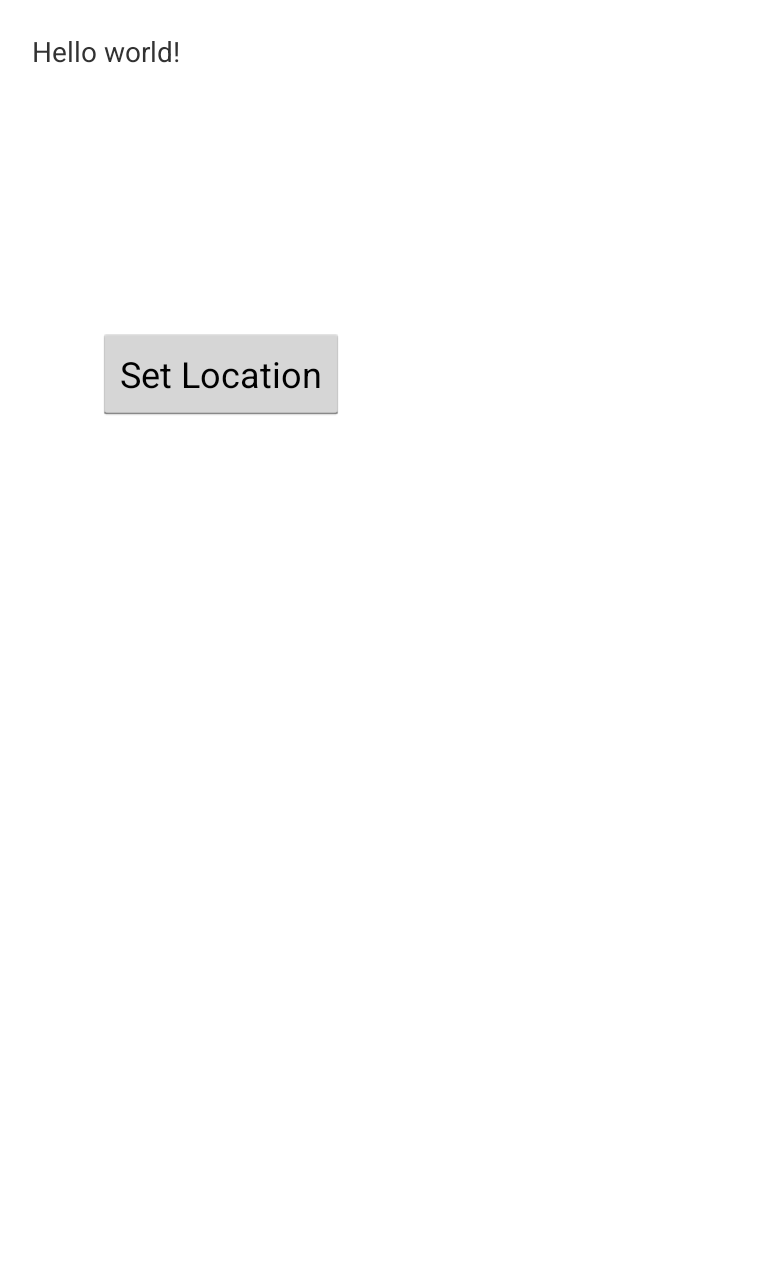
Repository: nigelmc/city-vendors-android
Layout: CityVendor/CityVendor/res/layout/activity_set_location.xml
The author's editor kept a copy of each file at every save. The layout is drawn from the files as they stood at one save, then again after the next save.
It is drawn on a 768 x 1280 px phone screen (xhdpi) without system bars, with theme AppTheme; the app's code is not run.

Above is the layout before, as saved 2013-11-16 17:32:20.

### CityVendor/CityVendor/res/layout/activity_set_location.xml
<RelativeLayout xmlns:android="http://schemas.android.com/apk/res/android"
    xmlns:tools="http://schemas.android.com/tools"
    android:layout_width="match_parent"
    android:layout_height="match_parent"
    android:paddingBottom="@dimen/activity_vertical_margin"
    android:paddingLeft="@dimen/activity_horizontal_margin"
    android:paddingRight="@dimen/activity_horizontal_margin"
    android:paddingTop="@dimen/activity_vertical_margin"
    tools:context=".SetLocation" >

    <TextView
        android:id="@+id/textView1"
        android:layout_width="wrap_content"
        android:layout_height="wrap_content"
        android:text="@string/hello_world" />

    <Button
        android:id="@+id/button1"
        android:layout_width="wrap_content"
        android:layout_height="wrap_content"
        android:layout_alignLeft="@+id/textView1"
        android:layout_below="@+id/textView1"
        android:layout_marginLeft="32dp"
        android:layout_marginTop="128dp"
        android:text="Set Location" />

</RelativeLayout>

### CityVendor/CityVendor/res/values/strings.xml
<?xml version="1.0" encoding="utf-8"?>
<resources>

    <string name="app_name">CityVendor</string>
    <string name="action_settings">Settings</string>
    <string name="hello_world">Hello world!</string>

</resources>

Loaded but not shown: CityVendor/CityVendor/res/values/styles.xml (common file); CityVendor/CityVendor/res/values-v11/styles.xml (common file); CityVendor/CityVendor/res/values-v14/styles.xml (common file); CityVendor/CityVendor/res/values/dimens.xml (common file)

After the next save:
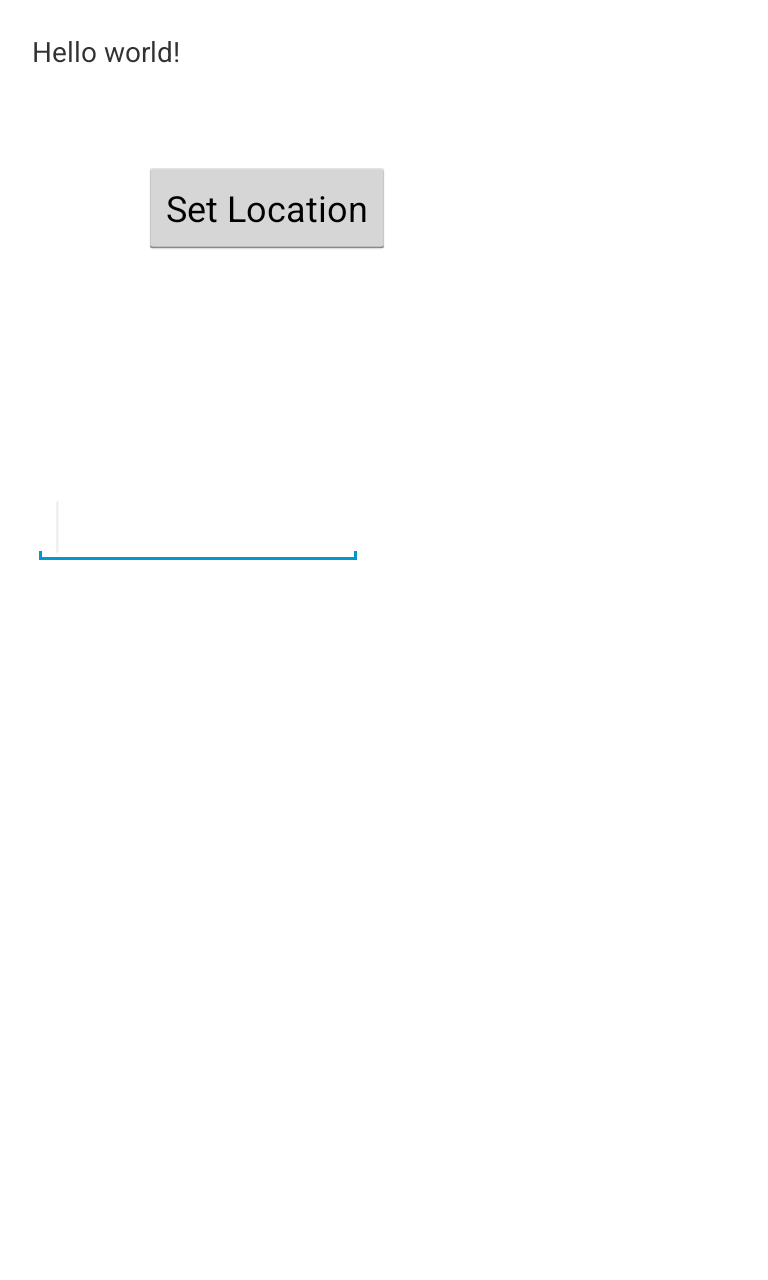
Saved 50 s later.
--- a/CityVendor/CityVendor/res/layout/activity_set_location.xml
+++ b/CityVendor/CityVendor/res/layout/activity_set_location.xml
@@ -20,8 +20,22 @@
         android:layout_height="wrap_content"
         android:layout_alignLeft="@+id/textView1"
         android:layout_below="@+id/textView1"
-        android:layout_marginLeft="32dp"
-        android:layout_marginTop="128dp"
+        android:layout_marginLeft="55dp"
+        android:layout_marginTop="45dp"
         android:text="Set Location" />
 
+    <EditText
+        android:id="@+id/editText1"
+        android:layout_width="wrap_content"
+        android:layout_height="wrap_content"
+        android:layout_alignRight="@+id/button1"
+        android:layout_below="@+id/button1"
+        android:layout_marginRight="14dp"
+        android:layout_marginTop="116dp"
+        android:ems="10"
+        android:inputType="textMultiLine" >
+
+        <requestFocus />
+    </EditText>
+
 </RelativeLayout>
